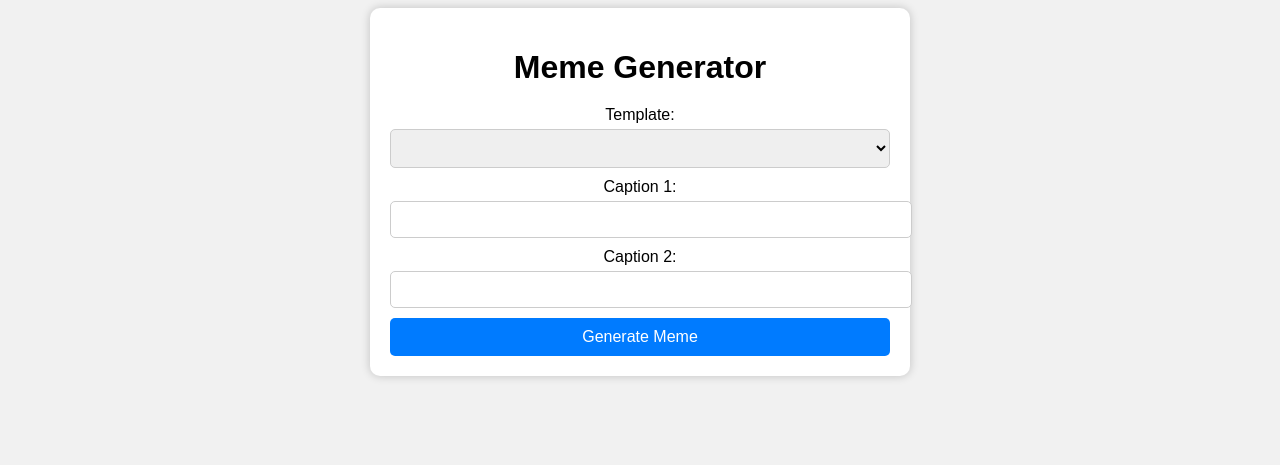
Repository: lvcg/memegenerator
Page: index.html
The author's editor kept a copy of each file at every save. The page is drawn from the files as they stood at one save, then again after the next save.
The browser window is 1280 px wide. The pictures show the whole page.
The page's requests for data from a server got no answer.

Above is the page before, as saved 2023-02-28 23:52:29.
Console error: TypeError: Cannot read properties of null (reading 'addEventListener')

After the next save:
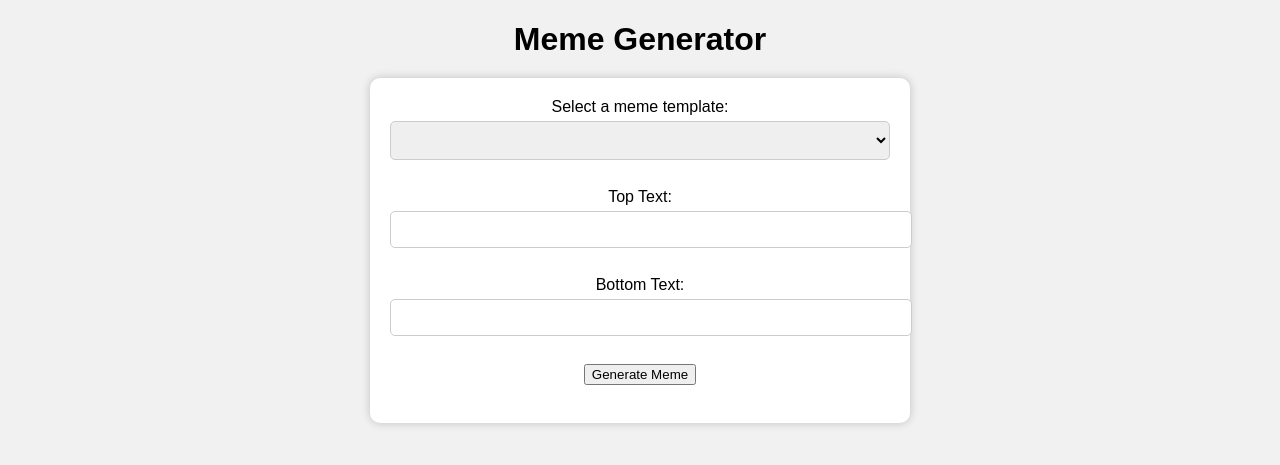
The error is gone.
Saved 25 s later.
--- a/index.html
+++ b/index.html
@@ -1,30 +1,27 @@
 <!DOCTYPE html>
 <html>
 <head>
-  <meta charset="UTF-8">
-  <title>Meme Generator</title>
-  <link rel="stylesheet" href="style.css">
+	<title>Meme Generator</title>
+	<link rel="stylesheet" type="text/css" href="style.css">
 </head>
 <body>
-  <div class="container">
-    <h1>Meme Generator</h1>
-    <form>
-      <div>
-        <label for="template_id">Template:</label>
-        <select id="template_id"></select>
-      </div>
-      <div>
-        <label for="text0">Caption 1:</label>
-        <input type="text" id="text0">
-      </div>
-      <div>
-        <label for="text1">Caption 2:</label>
-        <input type="text" id="text1">
-      </div>
-      <button type="submit">Generate Meme</button>
-    </form>
-    <div id="result"></div>
-  </div>
-  <script src="script.js"></script>
+	<h1>Meme Generator</h1>
+	<div class="container">
+		<form>
+			<label for="template_id">Select a meme template:</label>
+			<select id="template_id"></select>
+			<br>
+			<label for="text_top">Top Text:</label>
+			<input type="text" id="text_top" name="text_top">
+			<br>
+			<label for="text_bottom">Bottom Text:</label>
+			<input type="text" id="text_bottom" name="text_bottom">
+			<br>
+			<button type="button" id="generate_meme">Generate Meme</button>
+		</form>
+		<br>
+		<div id="meme_container"></div>
+	</div>
+	<script src="script.js"></script>
 </body>
 </html>
